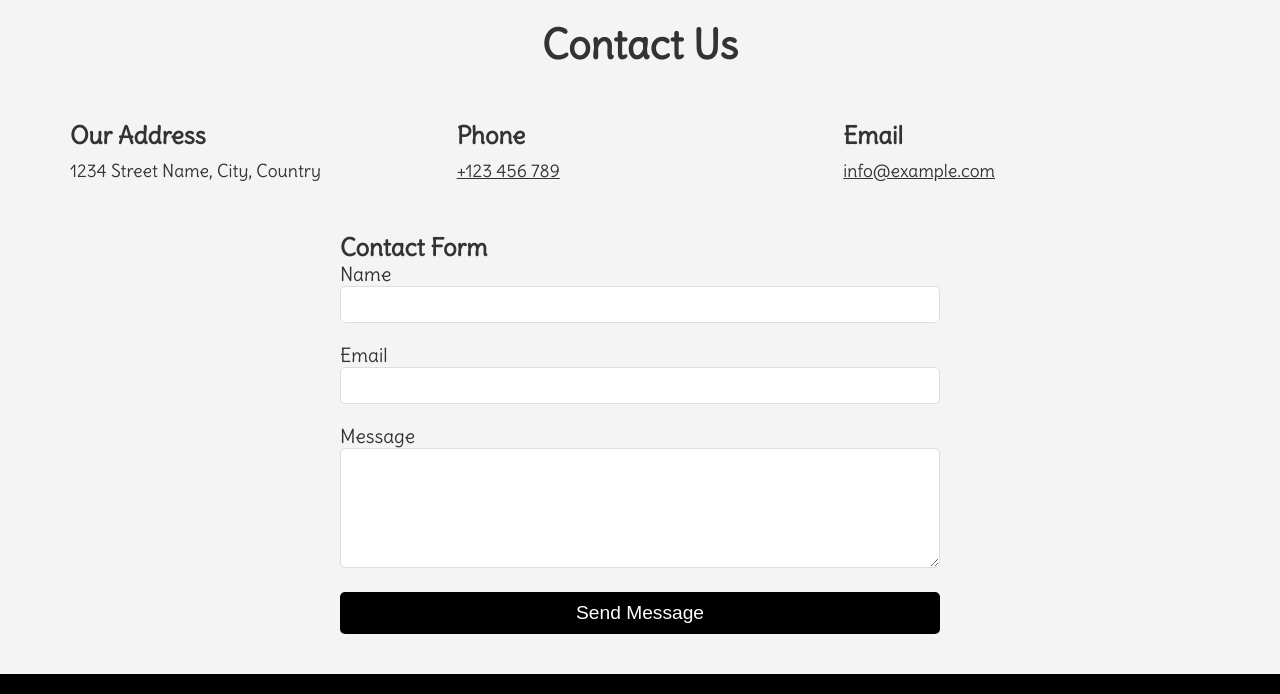
Repository: leerichie/kozi
Page: index.html
The author's editor kept a copy of each file at every save. The page is drawn from the files as they stood at one save, then again after the next save.
The browser window is 1280 px wide. The pictures show the part of the page from y = 177 to 871 px (the page is 1010 px tall before and 1090 px after).
A picture or video elsewhere on the page could not be fetched, so the positions and the page height are approximate.

Above is the page before, as saved 2024-10-24 18:52:41.

### index.html
<!DOCTYPE html>
<html lang="en">

<head>
    <meta charset="UTF-8">
    <meta name="viewport" content="width=device-width, initial-scale=1.0">
    <meta http-equiv="X-UA-Compatible" content="IE=edge">
    <link rel="stylesheet" href="css/styles.css">
    <title>Contact Form</title>
</head>

<body>
    <!-- Navbar -->
    <header class="navbar">
        <div class="logo">
            <a href="#"><img src="img/logo.png" alt="Logo"></a>
        </div>
        <nav>
            <ul class="nav-links">
                <li><a href="#">Home</a></li>
                <li><a href="#">About</a></li>
                <li><a href="#">Services</a></li>
                <li><a href="#">Contact</a></li>
            </ul>
            <div class="hamburger">
                <span class="bar"></span>
                <span class="bar"></span>
                <span class="bar"></span>
            </div>
        </nav>
    </header>

    <!-- Contact Section -->
    <div class="container">
        <div class="contact-header">
            <h1>Contact Us</h1>
        </div>
        <div class="contact-info">
            <div class="address">
                <h2>Our Address</h2>
                <p>1234 Street Name, City, Country</p>
            </div>
            <div class="phone">
                <h2>Phone</h2>
                <p><a href="tel:+123456789">+123 456 789</a></p>
            </div>
            <div class="email">
                <h2>Email</h2>
                <p><a href="mailto:info@example.com">info@example.com</a></p>
            </div>
        </div>

        <div class="form-container">
            <h2>Contact Form</h2>
            <form action="#" method="POST" class="contact-form">
                <div class="form-group">
                    <label for="name">Name</label>
                    <input type="text" id="name" name="name" required>
                </div>
                <div class="form-group">
                    <label for="email">Email</label>
                    <input type="email" id="email" name="email" required>
                </div>
                <div class="form-group">
                    <label for="message">Message</label>
                    <textarea id="message" name="message" required></textarea>
                </div>
                <button type="submit" class="submit-btn">Send Message</button>
            </form>
        </div>
    </div>

    <!-- Footer -->
    <footer class="footer">
        <div class="footer-container">
            <div class="footer-logo">
                <a href="#"><img src="img/logo.png" alt="Footer Logo"></a>
            </div>
            <div class="footer-text">
                <p>&copy; 2024 Your Company Name</p>
            </div>
            <div class="footer-social">
                <a href="#"><img src="img/facebook.png" alt="Facebook"></a>
                <a href="#"><img src="img/twitter.png" alt="Twitter"></a>
                <a href="#"><img src="img/instagram.png" alt="Instagram"></a>
            </div>
        </div>
    </footer>

    <script src="js/script.js"></script>
</body>

</html>

### css/styles.css
@font-face {
  font-family: "Delius";
  src: url("/fonts/Delius-Regular.ttf") format("truetype");
  font-weight: normal;
  font-style: normal;
}

@font-face {
  font-family: "Merriweather";
  src: url("/fonts/Kranky-Regular.ttf") format("truetype");
  font-weight: bold;
  font-style: normal;
}

@font-face {
  font-family: "Lora";
  src: url("/fonts/LeckerliOne-Regular.ttf") format("truetype");
  font-weight: normal;
  font-style: italic;
}
/* General Styling */
* {
  margin: 0;
  padding: 0;
  box-sizing: border-box;
}

body {
  font-family: "Delius", sans-serif;
  background-color: #f4f4f4;
  color: #333;
}

/* Navbar Styles */
.navbar {
  display: flex;
  justify-content: space-between;
  align-items: center;
  padding: 20px;
  background-color: #000;
  color: #fff;
}

.navbar .logo img {
  width: 150px;
}

.navbar nav {
  display: flex;
  align-items: center;
}

.nav-links {
  display: flex;
  list-style: none;
}

.nav-links li {
  margin-left: 20px;
}

.nav-links a {
  text-decoration: none;
  color: #fff;
  font-size: 1.2rem;
  transition: color 0.3s ease;
}

.nav-links a:hover {
  color: #f4a261;
}

.hamburger {
  display: none;
  flex-direction: column;
  cursor: pointer;
}

.hamburger .bar {
  width: 25px;
  height: 3px;
  background-color: white;
  margin: 4px 0;
  transition: all 0.3s ease;
}

/* Contact Section */
.container {
  max-width: 1200px;
  margin: 0 auto;
  padding: 40px 20px;
}

.contact-header h1 {
  text-align: center;
  font-size: 2.5rem;
  margin-bottom: 40px;
}

.contact-info {
  display: flex;
  justify-content: space-between;
  flex-wrap: wrap;
  margin-bottom: 40px;
}

.contact-info div {
  flex: 1;
  min-width: 250px;
  margin: 10px;
}

.contact-info h2 {
  font-size: 1.5rem;
  margin-bottom: 10px;
}

.contact-info p,
.contact-info a {
  font-size: 1.1rem;
  color: #333;
}

.form-container {
  max-width: 600px;
  margin: 0 auto;
}

.contact-form {
  display: flex;
  flex-direction: column;
}

.form-group {
  margin-bottom: 20px;
}

.form-group label {
  margin-bottom: 10px;
  font-size: 1.2rem;
}

.form-group input,
.form-group textarea {
  width: 100%;
  padding: 10px;
  border: 1px solid #ddd;
  border-radius: 5px;
}

textarea {
  height: 120px;
}

.submit-btn {
  padding: 10px 20px;
  background-color: #000;
  color: #fff;
  border: none;
  border-radius: 5px;
  font-size: 1.2rem;
  cursor: pointer;
}

.submit-btn:hover {
  background-color: #f4a261;
}

/* Footer Styles */
.footer {
  background-color: #000;
  color: white;
  padding: 40px 20px;
  text-align: center;
}

.footer-container {
  display: flex;
  justify-content: space-between;
  align-items: center;
  max-width: 1200px;
  margin: 0 auto;
  flex-wrap: wrap;
}

.footer-logo img {
  width: 100px;
}

.footer-text p {
  font-size: 1.1rem;
}

.footer-social a {
  margin: 0 10px;
}

.footer-social img {
  width: 25px;
  filter: invert(100%);
}

/* Mobile Styles */
@media (max-width: 768px) {
  .nav-links {
    display: none;
    flex-direction: column;
    position: absolute;
    background-color: #000;
    top: 70px;
    right: 0;
    width: 100%;
  }

  .nav-links.active {
    display: flex;
  }

  .nav-links li {
    text-align: center;
    margin: 20px 0;
  }

  .hamburger {
    display: flex;
  }

  .footer-container {
    flex-direction: column;
  }
}

### js/script.js
const hamburger = document.querySelector('.hamburger');
const navLinks = document.querySelector('.nav-links');

hamburger.addEventListener('click', () => {
    navLinks.classList.toggle('active');
});

After the next save:
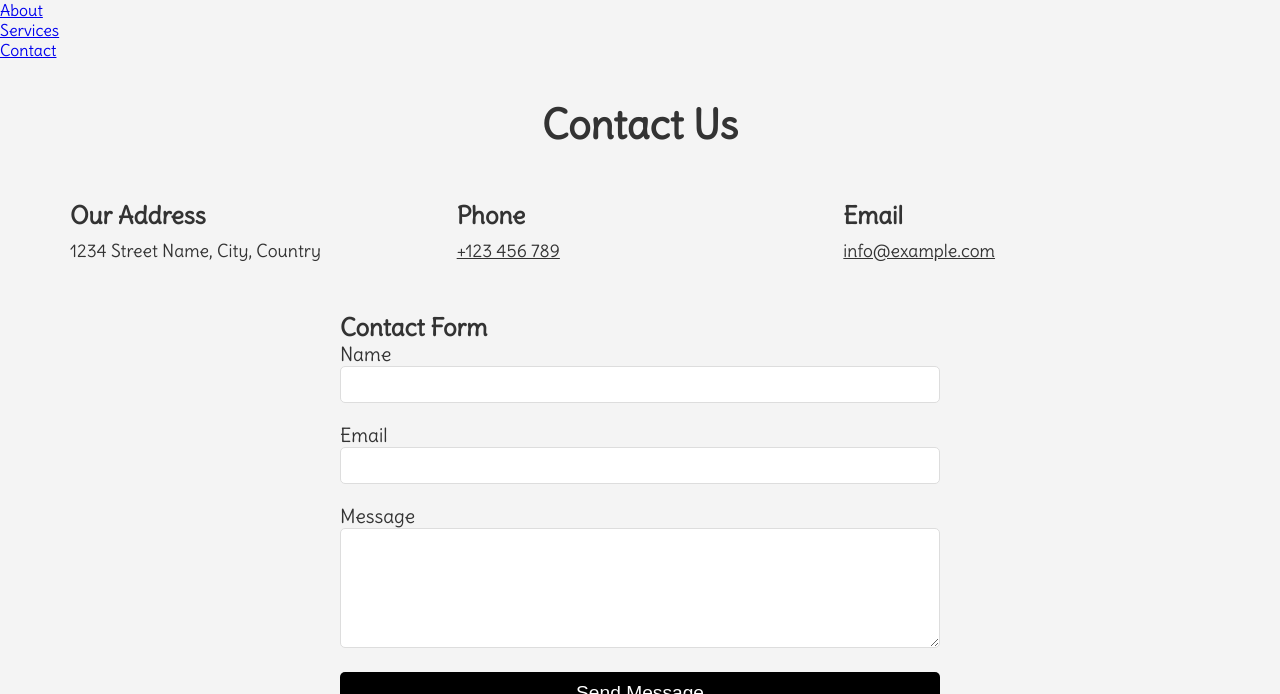
Saved 105 s later.
--- a/index.html
+++ b/index.html
@@ -29,6 +29,16 @@
             </div>
         </nav>
     </header>
+
+    <!-- Sidebar (hidden by default) -->
+    <div class="sidebar">
+        <ul class="sidebar-links">
+            <li><a href="#">Home</a></li>
+            <li><a href="#">About</a></li>
+            <li><a href="#">Services</a></li>
+            <li><a href="#">Contact</a></li>
+        </ul>
+    </div>
 
     <!-- Contact Section -->
     <div class="container">

After the save that followed:
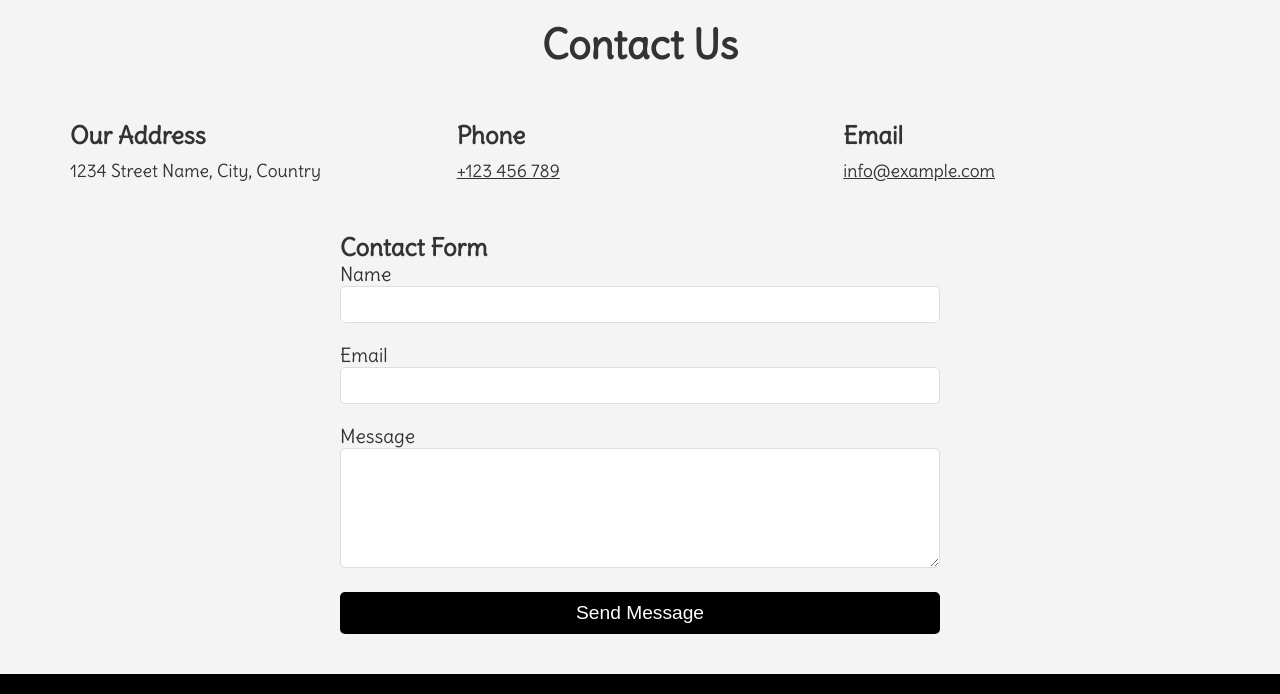
Saved 58 s later.
--- a/css/styles.css
+++ b/css/styles.css
@@ -82,6 +82,45 @@ body {
   background-color: white;
   margin: 4px 0;
   transition: all 0.3s ease;
+}
+
+/* Sidebar */
+.sidebar {
+  position: fixed;
+  top: 0;
+  left: -250px;
+  width: 250px;
+  height: 100%;
+  background-color: #000;
+  color: #fff;
+  transition: 0.3s;
+  padding-top: 60px;
+  z-index: 999;
+}
+
+.sidebar.active {
+  left: 0;
+}
+
+.sidebar-links {
+  list-style: none;
+  padding: 0;
+  text-align: center;
+}
+
+.sidebar-links li {
+  margin: 20px 0;
+}
+
+.sidebar-links a {
+  text-decoration: none;
+  color: #fff;
+  font-size: 1.5rem;
+  transition: color 0.3s ease;
+}
+
+.sidebar-links a:hover {
+  color: #f4a261;
 }
 
 /* Contact Section */
